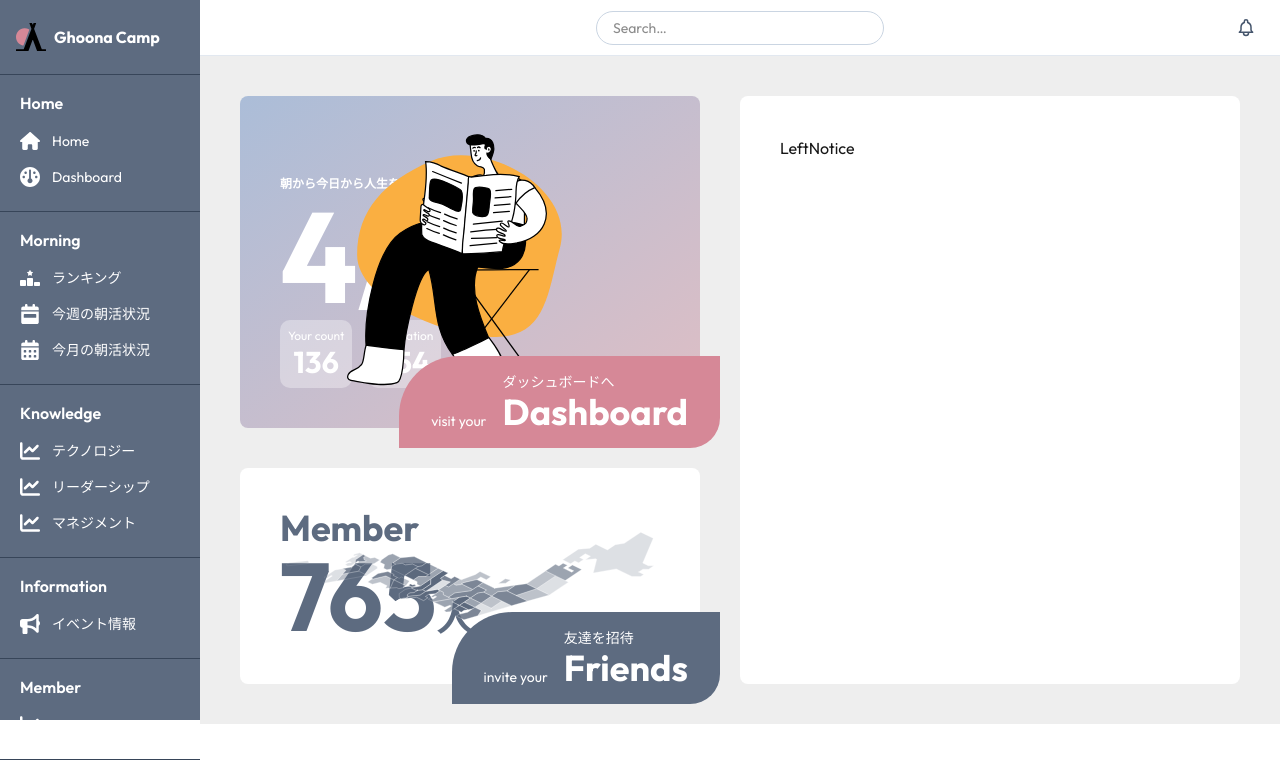
Repository: ShotaGhoona/ghoonacamp_platform
Page: /
The author's editor kept a copy of each file at every save. The page is drawn from the files as they stood at one save, then again after the next save.
The browser window is 1280 px wide. The pictures show the whole page.
The page's requests for data from a server got no answer. The project was rebuilt for these pictures with package versions that can differ from the ones it lists, and the page was loaded fresh each time. The framework's server and built-in components were replaced by stand-ins that run in the browser. No one was signed in, and anything a server would have sent is missing. Also part of the build but not shown: next.config.js.

Above is the page before, as saved 2025-04-25 14:09:29.

### src/app/layout.tsx
import type { Metadata } from 'next';
import { Outfit } from 'next/font/google';
import './globals.css';
import Sidebar from '@/components/display/sidebar';
import Header from '@/components/display/header';
import { AuthProvider } from './providers';

const outfit = Outfit({ subsets: ['latin'] });

export const metadata: Metadata = {
  title: 'Ghoona Camp',
  description: 'Ghoona Camp Platform',
};

export default function RootLayout({
  children,
}: {
  children: React.ReactNode;
}) {
  return (
    <html lang="ja">
      <body className={outfit.className}>
        <AuthProvider>
          <div className="flex">
            <div className="w-[200px] transition-all duration-300">
              <Sidebar />
            </div>
            <div className="flex-1 flex flex-col min-h-screen">
              <Header />
              <main className=" bg-[#EEEEEE] flex-1 px-10 py-10">{children}</main>
            </div>
          </div>
        </AuthProvider>
      </body>
    </html>
  );
}

### src/app/page.tsx
import IndexPage from "@/features/home/home/display/index";

export default function Home() {
  return (
    <IndexPage />
  );
}

### src/components/display/sidebar.tsx
'use client';

import Link from 'next/link';
import { usePathname } from 'next/navigation';
import clsx from 'clsx';

const groups: { title: string; links: { href: string; label: string; icon: string }[] }[] = [
  {
    title: 'Home',
    links: [
      { href: '/home', label: 'Home', icon: '/svg/sidebarIcon/home.svg' },
      { href: '/home/dashboard', label: 'Dashboard', icon: '/svg/sidebarIcon/dashboard.svg' },
    ],
  },
  {
    title: 'Morning',
    links: [
      { href: '/morning/ranking', label: 'ランキング', icon: '/svg/sidebarIcon/ranking.svg' },
      { href: '/morning/weekend', label: '今週の朝活状況', icon: '/svg/sidebarIcon/week.svg' },
      { href: '/morning/month', label: '今月の朝活状況', icon: '/svg/sidebarIcon/month.svg' },
    ],
  },
  {
    title: 'Knowledge',
    links: [
      { href: '/knowledge/tech', label: 'テクノロジー', icon: '/svg/sidebarIcon/analysis.svg' },
      { href: '/knowledge/leadership', label: 'リーダーシップ', icon: '/svg/sidebarIcon/analysis.svg' },
      { href: '/knowledge/management', label: 'マネジメント', icon: '/svg/sidebarIcon/analysis.svg' },
    ],
  },
  {
    title: 'Information',
    links: [{ href: '/information/events', label: 'イベント情報', icon: '/svg/sidebarIcon/externalEvents.svg' }],
  },
  {
    title: 'Member',
    links: [{ href: '/members', label: 'GhoonaCamper', icon: '/svg/sidebarIcon/analysis.svg' }],
  },
];

export default function Sidebar() {
  const pathname = usePathname();

  return (
    <aside className="w-full h-screen bg-[#5D6B80] text-white">
      <div className="flex items-center gap-2 h-[75px] px-4 border-b border-[#374559]">
        <img src="/svg/logo.svg" alt="Ghoona Camp" className="w-[30px] h-[30px]" />
        <span className="font-bold">Ghoona Camp</span>
      </div>

      <nav>
        {groups.map((g) => (
          <div key={g.title} className="border-b border-[#374559] px-[20px] py-4">
            <p className="text-base font-semibold mb-2">
              {g.title}
            </p>
            {g.links.map((l) => (
              <Link
                key={l.href}
                href={l.href}
                className={clsx(
                  'flex items-center gap-3 py-2 text-sm',
                  pathname === l.href
                    ? 'bg-primary text-white'
                    : 'hover:bg-slate-600'
                )}
              >
                <img src={l.icon} alt={l.label} className="w-[20px] h-[20px]" />
                <span>{l.label}</span>
              </Link>
            ))}
          </div>
        ))}
      </nav>
    </aside>
  );
}

### src/components/display/header.tsx
'use client';

import Image from 'next/image';
import { useSession } from 'next-auth/react';

export default function Header() {
  const { data: session } = useSession();

  return (
    <header className="flex items-center justify-between h-14 px-6 border-b border-slate-200 bg-white">
      {/* 空白をあけて中央に検索バーを置くレイアウト */}
      <div className="flex-1" />

      <div className="flex-1 flex justify-center">
        {/* ダミー検索バー */}
        <input
          type="text"
          placeholder="Search…"
          className="w-72 rounded-full border border-slate-300 px-4 py-1.5 text-sm focus:outline-primary"
        />
      </div>

      <div className="flex-1 flex justify-end items-center gap-4">
        {/* 通知ベルなど置く予定ならここ */}
        <button className="relative">
          <span className="sr-only">Notifications</span>
          <svg
            className="w-5 h-5 text-slate-600"
            fill="none"
            stroke="currentColor"
            strokeWidth={1.8}
            viewBox="0 0 24 24"
          >
            <path
              strokeLinecap="round"
              strokeLinejoin="round"
              d="M15 17h5l-1.405-1.405A2.032 2.032 0 0118 14.158V11a6.002 6.002 0 00-4-5.659V4a2 2 0 10-4 0v1.341C7.67 6.165 6 8.388 6 11v3.159c0 .538-.214 1.055-.595 1.436L4 17h5m6 0v1a3 3 0 11-6 0v-1m6 0H9"
            />
          </svg>
        </button>

        {/* ユーザー情報 */}
        {session?.user && (
          <div className="flex items-center gap-3">
            <span className="text-sm font-medium text-slate-700">
              {session.user.name}
            </span>
            <Image
              src={session.user.image || "/avatar-placeholder.png"}
              alt={session.user.name || "Avatar"}
              width={32}
              height={32}
              className="rounded-full ring-1 ring-slate-300"
            />
          </div>
        )}
      </div>
    </header>
  );
}

### src/features/home/home/display/index.tsx

// コンポーネント
import Hero from "./hero";
import Member from "./member";
import LeftNotice from "./leftNotice";
export default function IndexPage() {
  return (
    <div className="flex gap-10 h-full">
      <div className="flex-1 flex flex-col gap-10 h-full rounded-lg">
        <div className="flex-1 flex flex-col bg-gradient-to-br from-[#ABBDD8] to-[#DFBEC4] rounded-lg">
          <Hero />
        </div>
        <div className="w-full h-[40%] bg-white rounded-lg">
          <Member />
        </div>
      </div>
      <div className="w-[500px] h-full bg-white rounded-lg">
        <LeftNotice />
      </div>
    </div>
  );
}

### src/features/home/home/display/hero.tsx
// コンポーネント
import CornerCta from "../components/cornerCta";
// ページ遷移
import Link from "next/link";


export default function Hero() {
  return (
    <div className="w-full h-full p-10 flex flex-col justify-between relative">
        <div className="flex-1 text-white mt-10">
                <p className="text-xs font-bold">朝から今日から人生を豊かに</p>
                <p className="text-9xl font-bold">4/23</p>
        </div>
        <div className="flex gap-4">
            <div className="flex flex-col bg-[#ffffff55] rounded-[10px] p-2 text-white items-center">
                <p className="text-xs">Your count</p>
                <p className="text-3xl font-bold">136</p>
            </div>
            <div className="flex flex-col bg-[#ffffff55] rounded-[10px] p-2 text-white items-center">
                <p className="text-xs">Population</p>
                <p className="text-3xl font-bold">754</p>
            </div>
        </div>
        <div className="absolute right-20 top-0 h-full">
            <img src="/svg/hero.svg" alt="tier1" className="w-full h-full" />
        </div>
        <Link href="/dashboard" className="absolute -bottom-5 -right-5 flex flex-col gap-4">
            <CornerCta  color="D68897"  text="Dashboard"  subText="ダッシュボードへ" subText2="visit your" />
        </Link>
    </div>
  );
}

### src/features/home/home/display/member.tsx
// コンポーネント
import CornerCta from "../components/cornerCta";
// ページ遷移
import Link from "next/link";


export default function Hero() {
  return (
    <div className="w-full h-full p-10 flex flex-col justify-between relative">

        <p className="text-4xl text-[#5D6B80] font-bold">Member</p>
        <p className="text-8xl text-[#5D6B80] font-bold">765<span className="text-4xl">人</span></p>
        <img src="/svg/jpmap.svg" alt="jpmap" className="absolute top-1/2 left-1/2 -translate-x-1/2 -translate-y-1/2 w-[80%] max-h-[80%] " />
        <Link href="/dashboard" className="absolute -bottom-5 -right-5 flex flex-col gap-4">
            <CornerCta  color="5D6B80"  text="Friends"  subText="友達を招待" subText2="invite your" />
        </Link>
    </div>
  );
}

### src/features/home/home/display/leftNotice.tsx
export default function LeftNotice() {
  return (
    <div className="w-full h-full p-10">
      <p>LeftNotice</p>
    </div>
  );
}

### src/features/home/home/components/cornerCta.tsx
export default function CornerCta(
    { color, text, subText, subText2 }: { color: string; text: string; subText: string; subText2: string }
) {
  return (
    <div
      style={{ backgroundColor: `#${color}` }}
      className="px-8 py-4 rounded-tl-[60px] rounded-br-[30px] text-white flex items-end gap-4 cursor-pointer hover:opacity-90 transition-opacity"
    >
        <div>
            <span className="text-sm">{subText2}</span>
        </div>
        <div className="flex flex-col">
            <span className="text-sm">{subText}</span>
            <span className="text-4xl font-bold">{text}</span>
        </div>
    </div>
  );
}

### src/features/home/home/hooks/useSystemNoticeList.ts
import { useEffect, useState } from 'react';

export type SystemNotice = {
  id: number;
  title: string;
  content: string;
  imageUrl: string | null;
  isPublic: boolean;
  publishStartAt: Date;
  publishEndAt: Date;
  createdAt: Date;
  updatedAt: Date;
  deletedAt: Date | null;
  tags: {
    tag: {
      id: number;
      name: string;
      color: string;
    }
  }[];
};

export const useSystemNoticeList = () => {
  const [notices, setNotices] = useState<SystemNotice[]>([]);
  const [isLoading, setIsLoading] = useState(true);
  const [error, setError] = useState<Error | null>(null);

  useEffect(() => {
    const fetchNotices = async () => {
      try {
        const response = await fetch('/api/system-notices');
        if (!response.ok) {
          throw new Error('通知の取得に失敗しました');
        }
        const data = await response.json();
        setNotices(data);
      } catch (err) {
        setError(err instanceof Error ? err : new Error('Unknown error'));
      } finally {
        setIsLoading(false);
      }
    };

    fetchNotices();
  }, []);

  return { notices, isLoading, error };
};

Loaded but not shown: src/app/globals.css (common file); src/app/providers.tsx (common file)

After the next save:
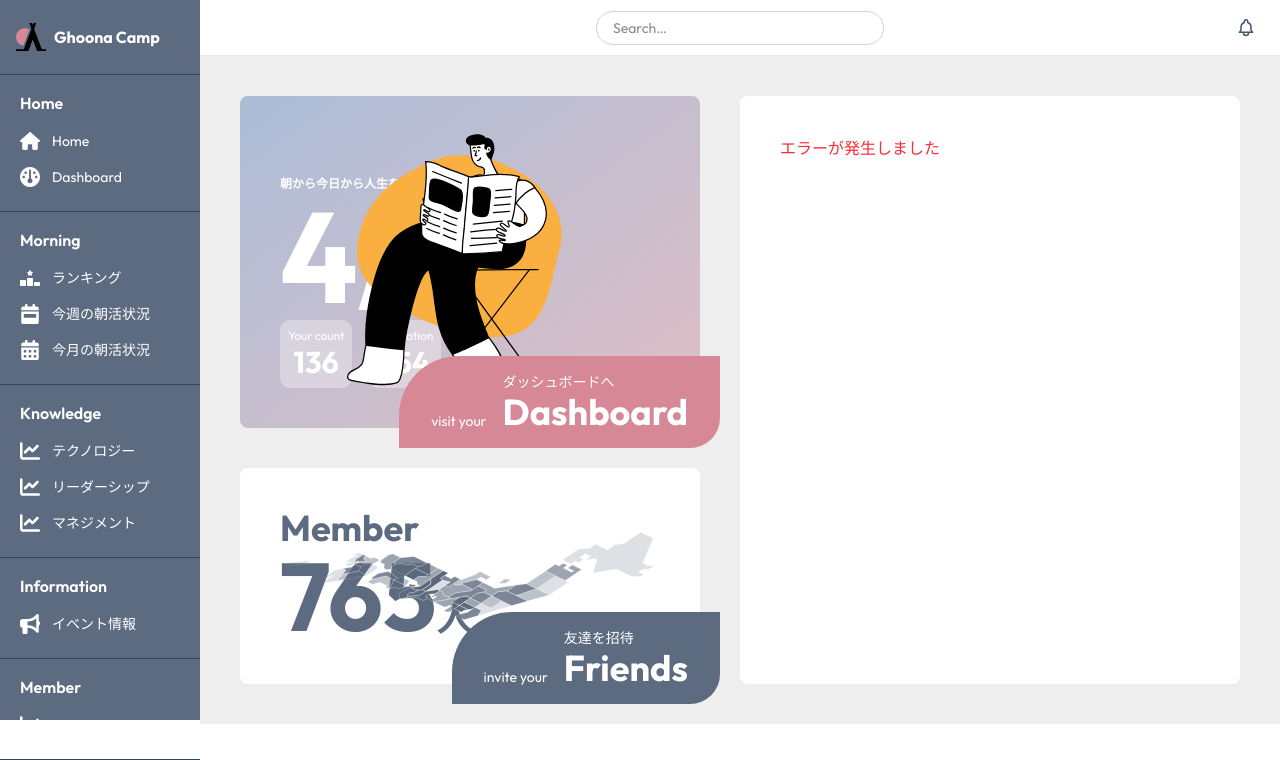
Saved 11 s later.
--- a/src/features/home/home/display/leftNotice.tsx
+++ b/src/features/home/home/display/leftNotice.tsx
@@ -1,7 +1,49 @@
+import { useSystemNoticeList } from '../hooks/useSystemNoticeList';
+
 export default function LeftNotice() {
+  const { notices, isLoading, error } = useSystemNoticeList();
+
+  if (isLoading) {
+    return (
+      <div className="w-full h-full p-10">
+        <p>読み込み中...</p>
+      </div>
+    );
+  }
+
+  if (error) {
+    return (
+      <div className="w-full h-full p-10">
+        <p className="text-red-500">エラーが発生しました</p>
+      </div>
+    );
+  }
+
   return (
     <div className="w-full h-full p-10">
-      <p>LeftNotice</p>
+      <h2 className="text-2xl font-bold text-gray-700 mb-6">運営からのお知らせ</h2>
+      <div className="space-y-4">
+        {notices.map((notice) => (
+          <div
+            key={notice.id}
+            className="bg-white rounded-lg p-6 shadow-sm hover:shadow-md transition-shadow cursor-pointer"
+          >
+            <div className="flex items-center gap-2 mb-2">
+              {notice.tags.map(({ tag }) => (
+                <span
+                  key={tag.id}
+                  className="text-xs px-2 py-1 rounded"
+                  style={{ backgroundColor: tag.color + '20', color: tag.color }}
+                >
+                  {tag.name}
+                </span>
+              ))}
+            </div>
+            <h3 className="text-lg font-bold text-gray-800 mb-2">{notice.title}</h3>
+            <p className="text-gray-600 line-clamp-2">{notice.content}</p>
+          </div>
+        ))}
+      </div>
     </div>
   );
 }
